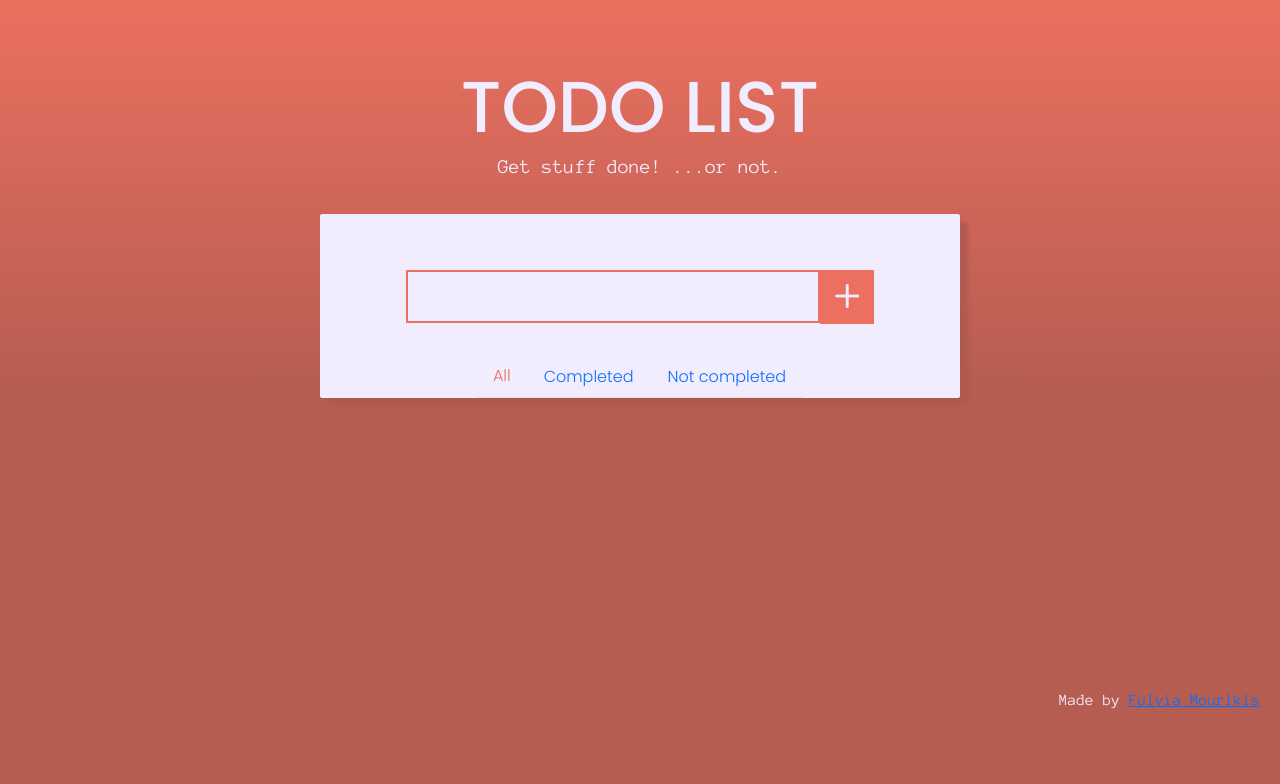
Repository: zum281/todo-list
Page: index.html
The author's editor kept a copy of each file at every save. The page is drawn from the files as they stood at one save, then again after the next save.
The browser window is 1280 px wide. The pictures show the whole page.
Some web libraries are served in a nearby version. The style sheet was rebuilt from its Sass, Less or Tailwind sources for each picture, by a compiler version that may differ from the author's.

Above is the page before, as saved 2021-03-07 15:30:43.

After the next save:
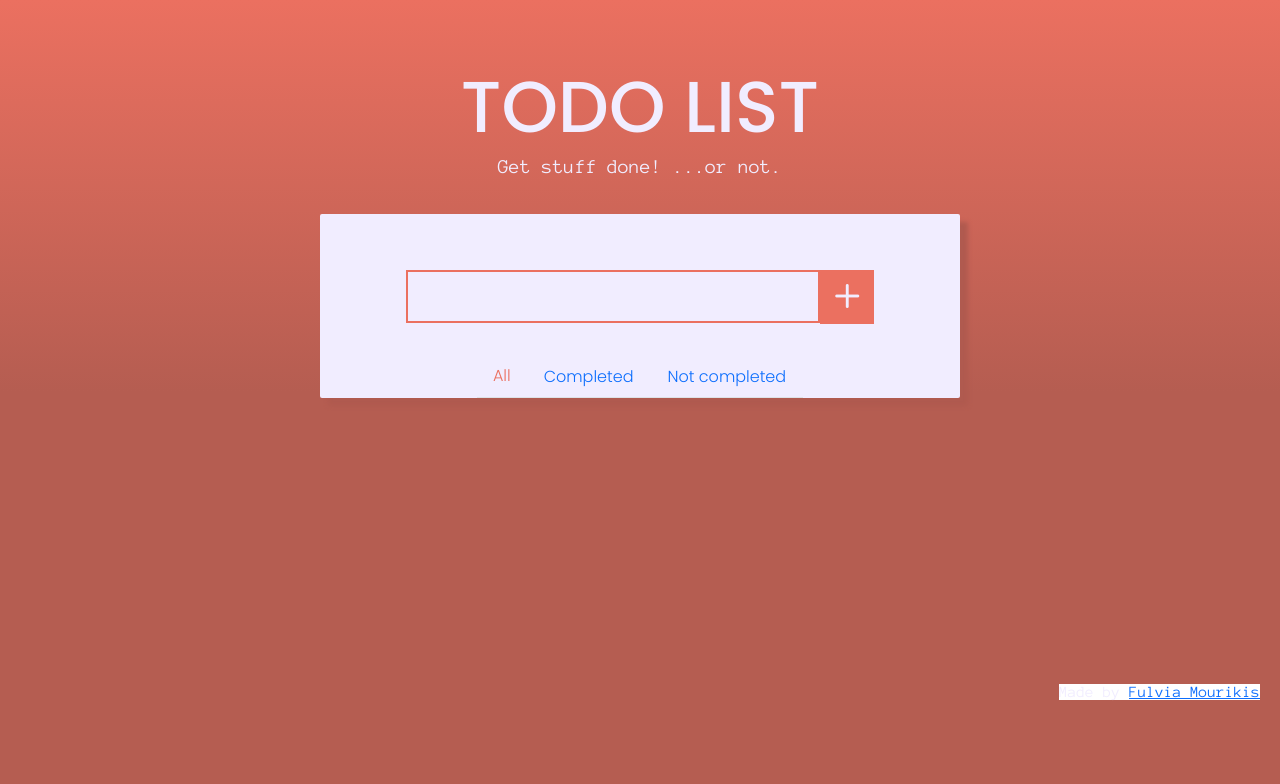
Saved 14 s later.
--- a/sass/main.scss
+++ b/sass/main.scss
@@ -185,7 +185,7 @@ footer {
     padding: 0;
     right: 0;
     bottom: 0;
-    line-height: 0;
+    line-height: 1;
     p {
         margin-bottom: 0;
     }
